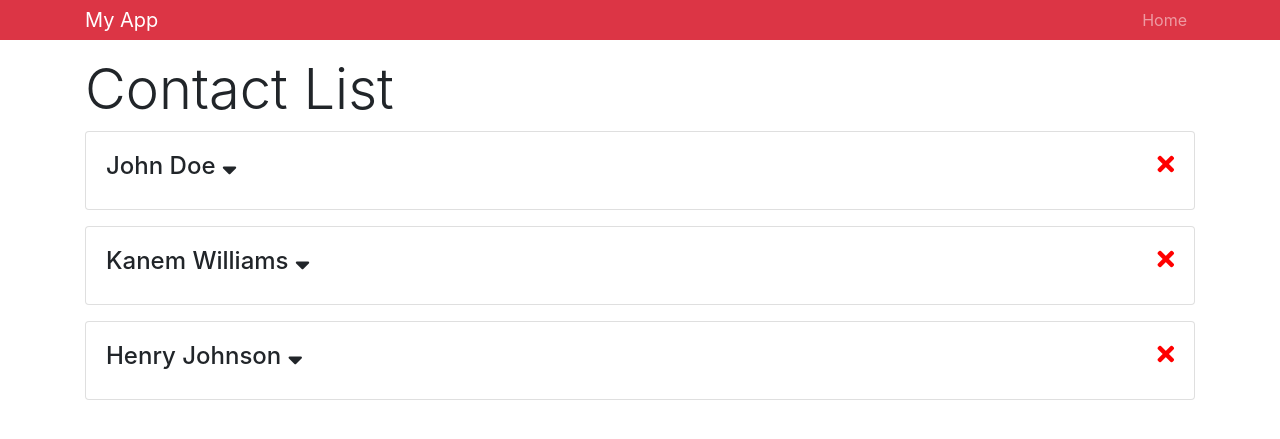
Repository: Mtbwka/contactmanager
Page: /
An editor plug-in stored every save of this project. The page is shown before and after the next save, followed by the edit.
The browser window is 1280 px wide. The pictures show the whole page.
Some web libraries are served in a nearby version. The project was rebuilt for these pictures with package versions that can differ from the ones it lists, and the page was loaded fresh each time. Also part of the build but not shown: src/components/pages/About.js, src/components/layout/TextInputGroup.js, src/components/contacts/AddContact.js.

Above is the page before, as saved 2019-05-08 21:46:02.

After the next save:
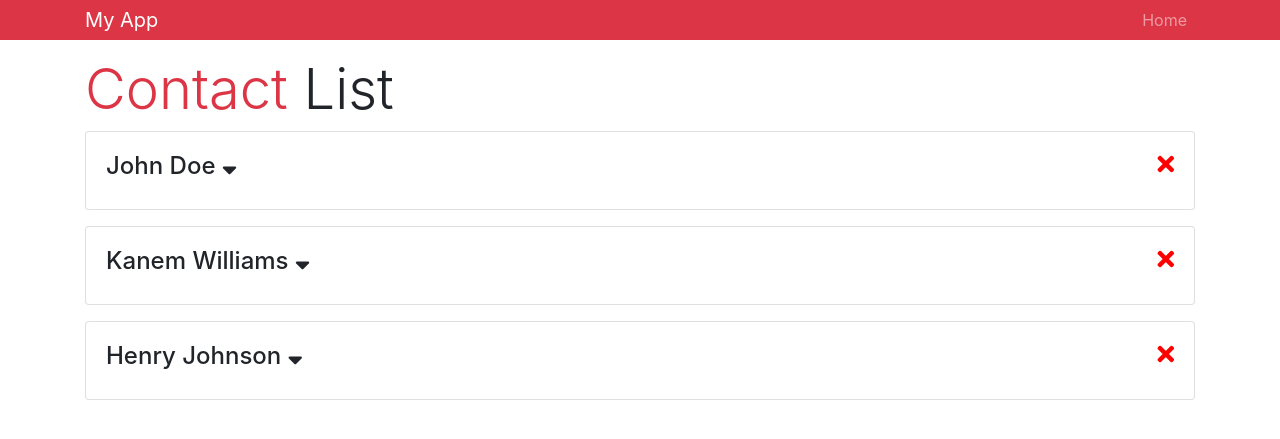
Saved 26 s later.
--- a/src/components/contacts/Contacts.js
+++ b/src/components/contacts/Contacts.js
@@ -9,7 +9,9 @@ class Contacts extends Component {
         {value => {
           return (
             <React.Fragment>
-              <h1 className='display-4 mb-2'>Contact List</h1>
+              <h1 className='display-4 mb-2'>
+                <span className='text-danger'>Contact</span> List
+              </h1>
               {value.contacts.map(contact => (
                 <Contact key={contact.id} contact={contact} />
               ))}
